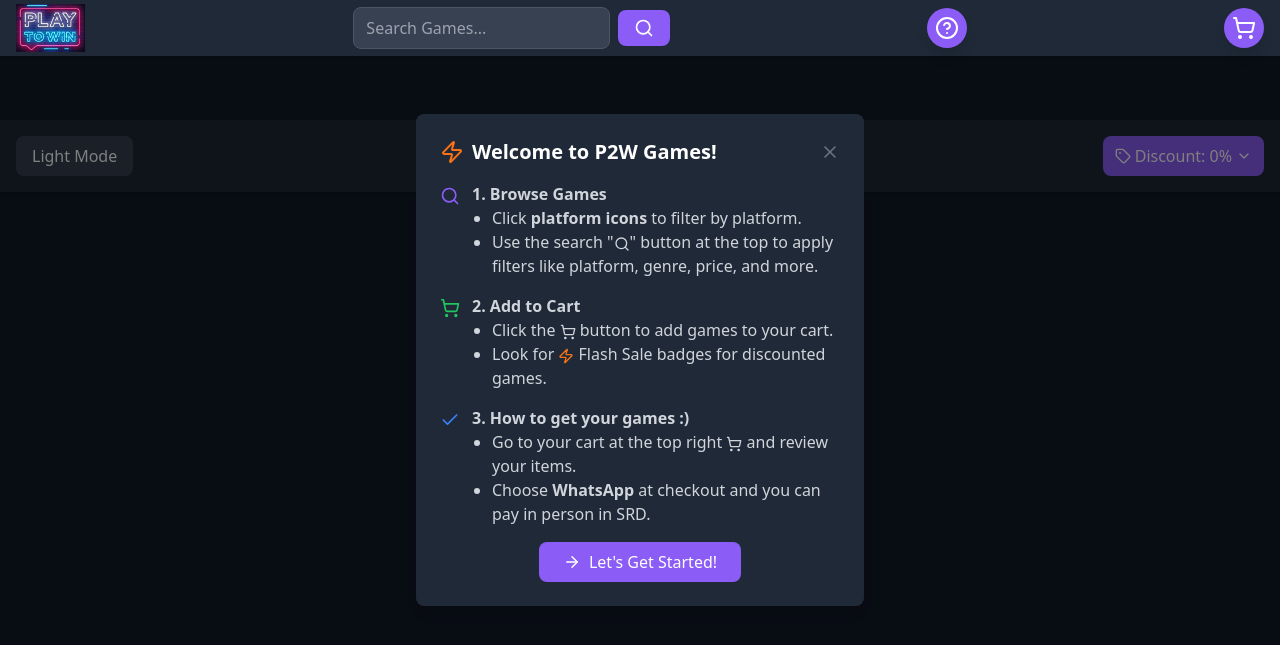
Repository: Play2Win777/P2W-Superbase
Page: /
The author's editor kept a copy of each file at every save. The page is drawn from the files as they stood at one save, then again after the next save.
The browser window is 1280 px wide. The pictures show the whole page.
The page's requests for data from a server got no answer. The project was rebuilt for these pictures with package versions that can differ from the ones it lists, and the page was loaded fresh each time. No one was signed in, and anything a server would have sent is missing. Also part of the build but not shown: vite.config.ts, src/components/Filters.tsx, src/components/GameCard.tsx, src/components/FlashSaleBadge.tsx, src/pages/GameDetails.tsx, src/pages/Checkout.tsx, src/pages/FlashSalePage.tsx, src/components/Toast.tsx.

Above is the page before, as saved 2025-03-18 06:03:15.

### index.html
<!doctype html>
<html lang="en">
  <head>
    <meta charset="UTF-8" />
    <link rel="icon" type="image/svg+xml" href="/vite.svg" />
    <meta name="viewport" content="width=device-width, initial-scale=1.0" />
    <title>P2W Games</title>
  </head>
  <body>
    <div id="root"></div>
    <script type="module" src="/src/main.tsx"></script>
  </body>
</html>

### src/main.tsx
import { StrictMode } from 'react';
import { createRoot } from 'react-dom/client';
import App from './App.tsx';
import './index.css';

// Add Storylane script dynamically
//const script = document.createElement('script');
//script.src = 'https://js.storylane.io/js/v2/storylane.js';
//script.async = true;
//document.head.appendChild(script);

createRoot(document.getElementById('root')!).render(
  <StrictMode>
    <App />
  </StrictMode>
);

### src/App.tsx
// App.tsx (Updated Tooltip Positioning)
import React, { useEffect, useState } from 'react';
import { BrowserRouter as Router, Routes, Route, useNavigate, useLocation } from 'react-router-dom';
import { Search, Zap, X, ShoppingCart, Filter, ArrowRight, Check, HelpCircle } from 'lucide-react'; // Added HelpCircle icon
import { fetchGames } from './api';
import { useStore } from './store';
import { Filters } from './components/Filters';
import { GameCard } from './components/GameCard';
import { Cart } from './components/Cart';
import { GameDetails } from './pages/GameDetails';
import { Checkout } from './pages/Checkout';
import { FlashSalePage } from './pages/FlashSalePage';
import { DiscountPopup } from './components/DiscountPopup';
import { ThemeContext } from './context/ThemeContext';
import { Toast } from './components/Toast';

// IntroModal Component
const IntroModal = ({ isOpen, onClose }) => {
  if (!isOpen) return null;

  return (
    <div className="fixed inset-0 bg-black/50 flex items-center justify-center p-4 z-50">
      <div className="bg-white dark:bg-gray-800 p-6 rounded-lg max-w-md shadow-lg">
        {/* Modal Header */}
        <div className="flex justify-between items-center mb-4">
          <h2 className="text-xl font-bold dark:text-white flex items-center gap-2">
            <Zap size={24} className="text-orange-500" />
            Welcome to P2W Games!
          </h2>
          <button
            onClick={onClose}
            className="text-gray-500 hover:text-gray-700 dark:hover:text-gray-300"
          >
            <X size={20} />
          </button>
        </div>

        {/* Modal Body */}
        <div className="text-gray-700 dark:text-gray-300 space-y-4">
          {/* Step 1: Browse Games */}
          <div className="flex items-start gap-3">
            <Search size={20} className="flex-shrink-0 mt-1 text-purple-500" />
            <div>
              <p className="font-semibold">1. Browse Games</p>
              <ul className="list-disc pl-5">
                <li>Click <strong>platform icons</strong> to filter by platform.</li>
                <li>Use the search "<Search size={16} className="inline" />" button at the top to apply filters like platform, genre, price, and more.</li>
              </ul>
            </div>
          </div>

          {/* Step 2: Add to Cart */}
          <div className="flex items-start gap-3">
            <ShoppingCart size={20} className="flex-shrink-0 mt-1 text-green-500" />
            <div>
              <p className="font-semibold">2. Add to Cart</p>
              <ul className="list-disc pl-5">
                <li>Click the <ShoppingCart size={16} className="inline" /> button to add games to your cart.</li>
                <li>Look for <Zap size={16} className="inline text-orange-500" /> Flash Sale badges for discounted games.</li>
              </ul>
            </div>
          </div>

          {/* Step 3: Checkout */}
          <div className="flex items-start gap-3">
            <Check size={20} className="flex-shrink-0 mt-1 text-blue-500" />
            <div>
              <p className="font-semibold">3. How to get your games :)</p>
              <ul className="list-disc pl-5">
                <li>Go to your cart at the top right <ShoppingCart size={16} className="inline" /> and review your items.</li>
                <li>Choose <strong>WhatsApp</strong> at checkout and you can pay in person in SRD.</li>
              </ul>
            </div>
          </div>

          {/* Call to Action */}
          <div className="mt-4 flex justify-center">
            <button
              onClick={onClose}
              className="bg-purple-500 text-white px-6 py-2 rounded-lg hover:bg-purple-600 transition-colors flex items-center gap-2"
            >
              <ArrowRight size={18} />
              Let's Get Started!
            </button>
          </div>
        </div>
      </div>
    </div>
  );
};

// SEARCH BAR COMPONENT
const SearchBar = () => {
  const {
    games,
    searchGames,
    setFilteredGames,
    setCurrentPage
  } = useStore();
  const [searchTerm, setSearchTerm] = useState('');
  const navigate = useNavigate();
  const location = useLocation();

  const handleSearch = (e) => {
    const term = e.target.value;
    setSearchTerm(term);

    if (searchGames) {
      searchGames(term);
    } else {
      if (!term.trim()) {
        setFilteredGames(games);
      } else {
        const results = games.filter(game =>
          game.Game_Title.toLowerCase().includes(term.toLowerCase())
        );
        setFilteredGames(results);
      }
    }

    // Reset to first page when searching
    setCurrentPage(1);

    // If user is not on the home page and they've typed at least 2 characters, navigate to home
    if (location.pathname !== '/' && term.length >= 2) {
      navigate('/');
    }
  };

  return (
    <input
      type="text"
      placeholder="Search Games..."
      value={searchTerm}
      onChange={handleSearch}
      className="w-full px-3 py-2 border rounded-lg text-gray-900 dark:bg-gray-700 dark:text-white dark:border-gray-600"
    />
  );
};

// FOOTER COMPONENT
const Footer = ({ toggleDarkMode, darkMode }) => {
  return (
    <footer className="bg-white dark:bg-gray-800 shadow-md mt-8 py-4 overflow-visible">
      <div className="container mx-auto px-4 flex items-center justify-between">
        {/* Dark Mode Toggle on the left */}
        <button
          onClick={toggleDarkMode}
          className="bg-gray-200 dark:bg-gray-700 text-gray-900 dark:text-white px-4 py-2 rounded-lg whitespace-nowrap"
        >
          {darkMode ? (
            <span>Light Mode</span>
          ) : (
            <span>Dark Mode</span>
          )}
        </button>

        {/* Add DiscountPopup button to the footer */}
        <div className="ml-4">
          <DiscountPopup />
        </div>
      </div>
    </footer>
  );
};

function App() {
  const {
    games,
    filteredGames,
    currentPage,
    setGames,
    setFilteredGames,
    setCurrentPage,
    showFilters,
    setShowFilters,
    filters,
    toastMessage,
    toastDiscountInfo,
  } = useStore();

  const [darkMode, setDarkMode] = useState(true);
  const [isScrolling, setIsScrolling] = useState(false);
  const [showIntroModal, setShowIntroModal] = useState(false);

  // Show intro modal on first visit
  useEffect(() => {
    const hasSeenIntro = localStorage.getItem('hasSeenIntro');
    if (!hasSeenIntro) {
      setShowIntroModal(true);
      localStorage.setItem('hasSeenIntro', 'true');
    }
  }, []);

  useEffect(() => {
    const loadGames = async () => {
      const fetchedGames = await fetchGames();
      const randomizedGames = [...fetchedGames].sort(() => Math.random() - 0.5);
      setGames(randomizedGames);
      setFilteredGames(randomizedGames);
    };

    loadGames();
  }, [setGames, setFilteredGames]);

  useEffect(() => {
    if (darkMode) {
      document.documentElement.classList.add('dark');
    } else {
      document.documentElement.classList.remove('dark');
    }
  }, [darkMode]);

  const toggleDarkMode = () => {
    setDarkMode((prev) => !prev);
  };

  const toggleFilters = () => {
    setShowFilters(!showFilters);
    if (!showFilters) {
      setIsScrolling(false);
      window.scrollTo({ top: 0, behavior: 'smooth' });
      setTimeout(() => {
        setIsScrolling(true);
      }, 1000);
    }
  };

  const gamesPerPage = 12;
  const paginatedGames = filteredGames.slice(0, currentPage * gamesPerPage);
  const hasMore = paginatedGames.length < filteredGames.length;

  const themeValue = {
    darkMode,
    toggleDarkMode: () => setDarkMode(prev => !prev)
  };

  return (
    <ThemeContext.Provider value={themeValue}>
      <Router>
        <div className={`min-h-screen ${darkMode ? 'bg-gray-900' : 'bg-gray-50'}`}>
          {/* Intro Modal */}
          <IntroModal
            isOpen={showIntroModal}
            onClose={() => setShowIntroModal(false)}
          />

          {/* Toast */}
          {toastMessage && (
            <Toast
              message={toastMessage}
              discountInfo={toastDiscountInfo || undefined}
            />
          )}

          <header className="bg-white dark:bg-gray-800 shadow-sm sticky top-0 z-50">
            <div className="container mx-auto px-4 py-1">
              <div className="flex justify-between items-center">
                <div className="flex items-center gap-2">
                  <h1
                    onClick={() => window.location.href = '/'}
                    className="text-2xl font-bold text-gray-900 dark:text-white whitespace-nowrap cursor-pointer flex items-center"
                  >
                    <img src="/assets/icons/p2wlogo.png" alt="Play 2 Win" className="h-12 mr-3" />
                  </h1>
                </div>

                <div className="flex items-center w-1/2 md:w-auto">
                  <div className="mr-2 flex-grow">
                    <SearchBar />
                  </div>
                  <button
                    onClick={toggleFilters}
                    className="bg-purple-500 hover:bg-purple-600 text-white font-bold py-2 px-4 rounded-lg flex items-center"
                  >
                    <Search className="h-5 w-5" />
                  </button>
                </div>

                <button
                  onClick={() => setShowIntroModal(true)}
                  className="p-2 bg-purple-500 text-white rounded-full hover:bg-purple-600 transition-colors shadow-lg relative group"
                >
                  <HelpCircle size={24} />
                  <div className="absolute top-full left-1/2 transform -translate-x-1/2 mt-2 px-2 py-1 bg-gray-800 text-white text-sm rounded opacity-0 group-hover:opacity-100 transition-opacity whitespace-nowrap z-50">
                    How it works
                  </div>
                </button>

                <Cart className="hidden md:block" />
              </div>
            </div>
          </header>

          <Routes>
            <Route
              path="/"
              element={
                <main className="container mx-auto px-4 py-4">
                  {showFilters && (
                    <div className="mb-6">
                      <Filters />
                    </div>
                  )}

                  <div className="grid grid-cols-1 sm:grid-cols-2 lg:grid-cols-2 xl:grid-cols-3 gap-6 mt-0">
                    {paginatedGames.map((game) => (
                      <GameCard key={game.id} game={game} />
                    ))}
                  </div>
                  {hasMore && (
                    <div className="mt-8 text-center">
                      <button
                        onClick={() => setCurrentPage(currentPage + 1)}
                        className="bg-purple-500 text-white px-6 py-2 rounded-lg hover:bg-purple-600 transition-colors"
                      >
                        Load More Games
                      </button>
                    </div>
                  )}
                </main>
              }
            />
            <Route path="/game/:id" element={<GameDetails />} />
            <Route path="/checkout" element={<Checkout />} />
            <Route path="/flash-sale" element={<FlashSalePage />} />
          </Routes>

          <Footer toggleDarkMode={themeValue.toggleDarkMode} darkMode={darkMode} />
        </div>
      </Router>
    </ThemeContext.Provider>
  );
}

export default App;

### src/index.css
@tailwind base;
@tailwind components;
@tailwind utilities;


@layer components {
 /* Base neon border effect with a rotating conic-gradient */
 .neon-border {
 position: relative;
 border-radius: 0.5rem; /* adjust to match your element's rounding */
 overflow: hidden; /* hide overflowing pseudo-element */
 z-index: 0;
 }

 .neon-border::before {
 content: "";
 position: absolute;
 inset: 0; /* cover the entire element */
 border-radius: inherit;
 padding: 2px; /* controls the border thickness */
 /* Conic-gradient creates a neon green effect with transparent gaps */
 background: conic-gradient(from 0deg, #39FF14, transparent 20%, transparent 80%, #39FF14);
 /* Mask to show the gradient only on the border (uses the padding area) */
 -webkit-mask: linear-gradient(white, white) content-box, linear-gradient(white, white);
 -webkit-mask-composite: destination-out;
 mask-composite: exclude;
 pointer-events: none;
 z-index: -1;
 transform-origin: center;
 animation: spin 6s linear infinite;
 }

 /* Additional neon effects – add these classes together with .neon-border as needed */

 /* Neon Pulse: gently scales and fades the element */
 .neon-pulse {
 position: relative;
 animation: pulse 2s ease-in-out infinite;
 }

 /* Neon Flicker: simulates a quick flicker */
 .neon-flicker {
 position: relative;
 animation: flicker 1.5s linear infinite;
 }

 /* Neon Wiggle: adds a slight rotational movement */
 .neon-wiggle {
 position: relative;
 animation: wiggle 0.6s ease-in-out infinite;
 }

 /* Neon Dash: animates background movement (can be combined with a background property) */
 .neon-dash {
 position: relative;
 /* For this effect, you might want to set a background that works with the animation */
 background: repeating-linear-gradient(
 45deg,
 #39FF14,
 #39FF14 10px,
 transparent 10px,
 transparent 20px
 );
 animation: dash 4s linear infinite;
 }


 /* Icon Container Style */
 .gamecard-icon-container {
 width: 5em; /* Adjust as needed */
 height: 2em; /* Adjust as needed */
 display: flex;
 align-items: center;
 justify-content: center;
 }
}


/* Keyframes Definitions */


/* Spin keyframe for the neon-border effect */
@keyframes spin {
 from {
 transform: rotate(0deg);
 }
 to {
 transform: rotate(360deg);
 }
}


/* Pulse keyframe: subtle scale and opacity changes */
@keyframes pulse {
 0%,
 20% {
 transform: scale(1);
 opacity: 1;
 }
 50% {
 transform: scale(1.1);
 opacity: 0.8;
 }
 100% {
 transform: scale(1);
 opacity: 1;
 }
}


/* Flicker keyframe: creates random opacity changes for a flickering effect */
@keyframes flicker {
 0%,
 100% {
 opacity: 1;
 }
 30% {
 opacity: 0.5;
 }
 50% {
 opacity: 0.8;
 }
 70% {
 opacity: 0.3;
 }
}


/* Wiggle keyframe: rotates the element slightly back and forth */
@keyframes wiggle {
 0% {
 transform: rotate(0deg);
 }
 25% {
 transform: rotate(5deg);
 }
 75% {
 transform: rotate(-5deg);
 }
 100% {
 transform: rotate(0deg);
 }
}


/* Dash keyframe: moves the background for a dynamic dashed look */
@keyframes dash {
 0% {
 background-position: 0 0;
 }
 100% {
 background-position: 100% 0;
 }
}

### src/api.ts
import { createClient } from '@supabase/supabase-js';
import { Game } from './types';

const supabase = createClient(
  import.meta.env.VITE_SUPABASE_URL,
  import.meta.env.VITE_SUPABASE_KEY
);

export const fetchGames = async (): Promise<Game[]> => {
  const { data, error } = await supabase
    .from('Games')
    .select(`
      id,
      Game_Title,
      Platform,
      Genre,
      Sub_Genre,
      Age_Rating,
      Max_Offline_Players,
      Game_Modes,
      Developer,
      Release_Year,
      Price_to_Sell_For,
      Metacritic_Score,
      User_Score,
      Short_Description,
      Key_Features,
      Unique_Selling_Point,
      image_url_medium,
      Youtube_link
    `);

  if (error) {
    console.error('Supabase error:', error);
    return [];
  }

  return data as Game[];
};

### src/components/DiscountPopup.tsx
import React, { useState, useRef, useEffect } from 'react';
import { Tag, ChevronDown } from 'lucide-react';
import { useStore } from '../store';

export const DiscountPopup: React.FC = () => {
  const { cart } = useStore();
  const [isOpen, setIsOpen] = useState(false);
  const popupRef = useRef<HTMLDivElement>(null);

  // Count total items including quantities
  const itemCount = cart.reduce((total, item) => total + item.quantity, 0);
  let discountTier = "0%";
  let nextTier = "";
  let progress = 0;

  if (itemCount >= 5) {
    discountTier = "20%";
    progress = 100;
    nextTier = "Maximum discount achieved!";
  } else if (itemCount >= 3) {
    discountTier = "10%";
    nextTier = "Buy 2 more for 20% off!";
    progress = 60;
  } else if (itemCount >= 2) {
    discountTier = "5%";
    nextTier = "Buy 1 more for 10% off!";
    progress = 40;
  } else if (itemCount >= 1) {
    discountTier = "0%";
    nextTier = "Buy 1 more for 5% off!";
    progress = 20;
  } else {
    nextTier = "Buy your first game!";
  }

  // Close the popup when clicking outside
  useEffect(() => {
    const handleClickOutside = (event: MouseEvent) => {
      if (popupRef.current && !popupRef.current.contains(event.target as Node)) {
        setIsOpen(false);
      }
    };

    document.addEventListener('mousedown', handleClickOutside);
    return () => {
      document.removeEventListener('mousedown', handleClickOutside);
    };
  }, []);

  return (
    <div className="relative" ref={popupRef}>
      <button
        onClick={() => setIsOpen(!isOpen)}
        className="inline-flex items-center text-white bg-purple-500 hover:bg-purple-600 px-3 py-2 rounded-lg transition-colors"
      >
        <Tag size={16} className="mr-1" />
        <span className="mr-1">Discount: {discountTier}</span>
        <ChevronDown size={16} className={`transition-transform ${isOpen ? 'rotate-180' : ''}`} />
      </button>

      {isOpen && (
        <div className="absolute bottom-full right-0 mb-2 z-50 bg-white dark:bg-gray-800 rounded-lg shadow-lg p-4 w-64">
          <h3 className="text-lg font-bold text-gray-900 dark:text-white mb-2">Volume Discount</h3>
          <div className="w-full bg-gray-200 dark:bg-gray-700 rounded-full h-2.5 mb-2">
            <div className="bg-purple-500 h-2.5 rounded-full" style={{ width: `${progress}%` }}></div>
          </div>
          <p className="text-sm text-gray-700 dark:text-gray-300">{nextTier}</p>
          <div className="mt-3 text-xs text-gray-600 dark:text-gray-400">
            <p>• 2 games: 5% off</p>
            <p>• 3 games: 10% off</p>
            <p>• 5+ games: 20% off</p>
          </div>
        </div>
      )}
    </div>
  );
};

### src/context/ThemeContext.tsx

 // src/context/ThemeContext.tsx
 import { createContext, useContext } from 'react';


 type ThemeContextType = {
  darkMode: boolean;
  toggleDarkMode: () => void;
 };


 export const ThemeContext = createContext<ThemeContextType>({
  darkMode: false,
  toggleDarkMode: () => {},
 });


 export const useTheme = () => useContext(ThemeContext);

### src/utils/gameHelpers.ts
// utils/gameHelpers.ts
export const isFlashSaleEligible = (game: any): boolean => {
  if (!game) return false;

  // Games with Metacritic score > 85 are eligible for flash sale
  // You can customize this logic based on your requirements
  return game.Metacritic_Score && parseInt(game.Metacritic_Score) < 70;
};

Loaded but not shown: tailwind.config.js (25 lines, source omitted); src/components/Cart.tsx (247 lines, source omitted); src/store.ts (234 lines, source omitted)

After the next save:
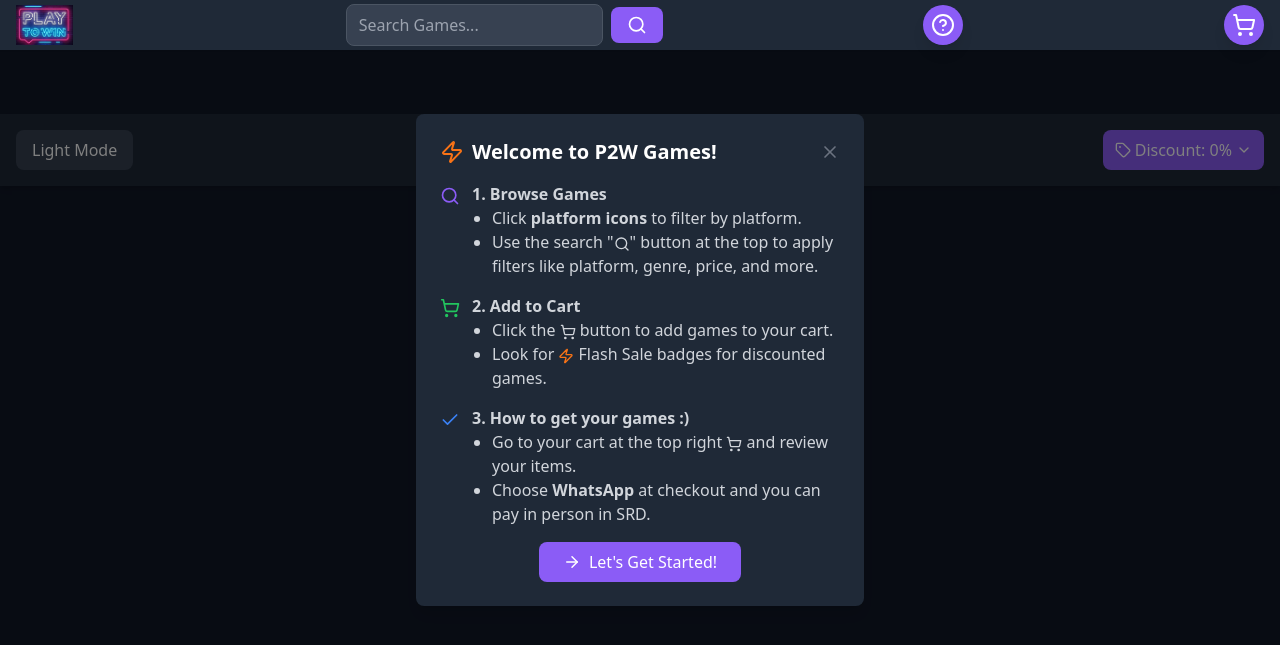
Saved 24 s later.
--- a/src/App.tsx
+++ b/src/App.tsx
@@ -261,7 +261,7 @@ function App() {
                     onClick={() => window.location.href = '/'}
                     className="text-2xl font-bold text-gray-900 dark:text-white whitespace-nowrap cursor-pointer flex items-center"
                   >
-                    <img src="/assets/icons/p2wlogo.png" alt="Play 2 Win" className="h-12 mr-3" />
+                    <img src="/assets/icons/p2wlogo.png" alt="Play 2 Win" className="h-10 mr-3" />
                   </h1>
                 </div>
 
